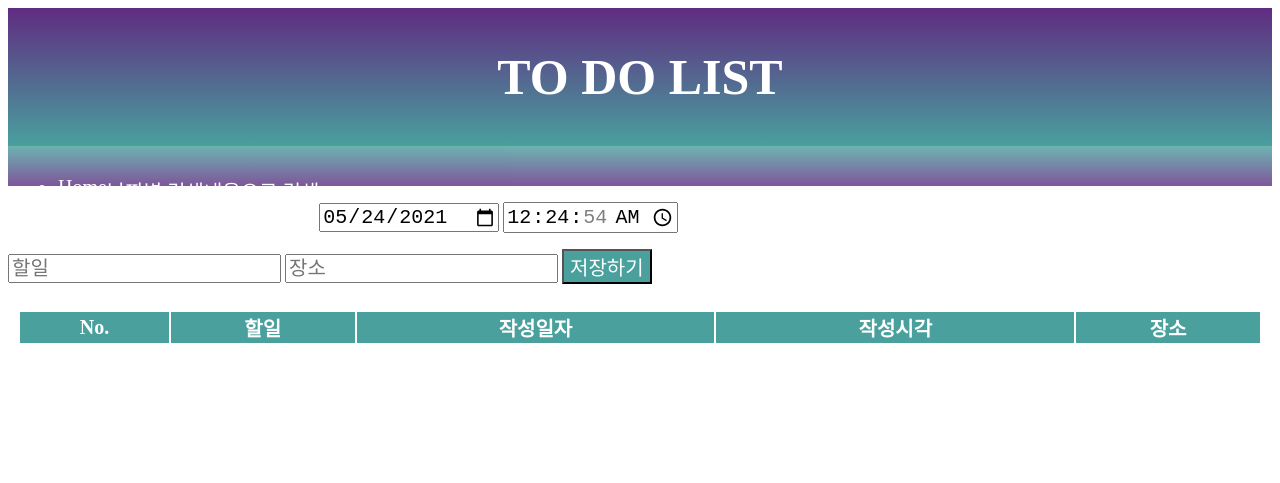
Repository: kimyoungjin98/Exam_Project
Page: http://localhost/Server_PR_TodoList/
The author's editor kept a copy of each file at every save. The page is drawn from the files as they stood at one save, then again after the next save.
The browser window is 1280 px wide. The pictures show the whole page.
Some web fonts or font styles are not loaded; a fallback is used. The page is served by Tomcat 9. Other server files are loaded and not shown. Queries for data that is not in the repository find no rows.

Above is the page before, as saved 2021-05-25 01:31:27.

### Server_PR_TodoList/src/main/webapp/WEB-INF/views/home.jsp
<%@ page language="java" contentType="text/html; charset=UTF-8"
    pageEncoding="UTF-8"%>
<%@ taglib uri="http://java.sun.com/jsp/jstl/core" prefix="c"%>
<c:set value="${pageContext.request.contextPath}" var="rootPath" />
<!DOCTYPE html>
<html>

<head>
<meta charset="UTF-8">
<title>어서오세요</title>
</head>
<script>
document.addEventListener("DOMContentLoaded",function(ev){

	document.querySelector("table")
	.addEventListener("click", function(ev){

		let tag = ev.target.tagName

		if(tag == "TD"){

			let seq = ev.target.closest("TR").dataset.seq

			document.location.href="${rootPath}/todo/view?td_seq=" + seq

		}

	})

})


</script>
<style>


@import url('https://fonts.googleapis.com/css2?family=Nanum+Gothic+Coding:wght@700&family=Roboto+Slab:wght@600&display=swap');
.jm-font {
		font-family: 'Nanum Gothic Coding', monospace;
		font-family: 'Roboto Slab', serif;
	}


table {
	width:100%;
	text-align: center;
	margin:3px auto;
	font-size:20px;
	padding:10px;
	font-weight: bolder;

}

table td{
	cursor:pointer;
	padding:5-%;


}

table td:hover{
	background-color: #49a09d;
	opacity: 0.5;
}

table div{
	border:1px solid #49a09d;
	outline:1px solid #49a09d;
}

table th{
	background-color:#49a09d;
	color:white;

}


</style>
<body>

	<%@ include file="/WEB-INF/views/banner.jsp" %>
	<p>
	<%@ include file="/WEB-INF/views/write.jsp" %>
	<p>
		<table>
		<div>
		<th>No.</th>
		<th>할일</th>
		<th>작성일자</th>
		<th>작성시각</th>
		<th>장소</th>
		</div>

		<c:forEach items="${TDLIST}" var="TD" varStatus="index">
			<tr data-seq="${TD.td_seq}">
				<td>${index.count}</td>
				<td>${TD.td_content}</td>
				<td>${TD.td_date}</td>
				<td>${TD.td_time}</td>
				<td>${TD.td_place}</td>
			</tr>

		</c:forEach>

	</table>

</body>
</html>

### Server_PR_TodoList/src/main/webapp/WEB-INF/views/banner.jsp
<%@ page language="java" contentType="text/html; charset=UTF-8"
    pageEncoding="UTF-8"%>
<%@ taglib uri="http://java.sun.com/jsp/jstl/core" prefix="c"%>
<c:set value="${pageContext.request.contextPath}" var="rootPath" />
<!DOCTYPE html>
<html>
<head>
<meta charset="UTF-8">
<title>Insert title here</title>
</head>
<script type="text/javascript">
document.addEventListener("DOMContentLoaded", function(){
	document.querySelector("nav").addEventListener("click",function(ev){

		let name = ev.target.id

		if(name == "home"){

			document
			.location
			.href="${rootPath}"


		}


	})

})

</script>
<style>
@import url('https://fonts.googleapis.com/css2?family=Nanum+Gothic+Coding:wght@700&family=Roboto+Slab:wght@600&display=swap');
.jm-font {
		font-family: 'Nanum Gothic Coding', monospace;
		font-family: 'Roboto Slab', serif;
	}

nav li:hover {

	cursor:pointer;

}

h1 {
	margin:auto;
	text-align: center;
	font-size:50px;
	background:linear-gradient(to bottom, #5f2c82, #49a09d);
	color:white;
	padding:40px;
}

nav {

	display:block;



	background:linear-gradient(to top, #5f2c82, #49a09d);
	opacity: 0.8;
	color:white;
	padding:10px;
	margin:auto;
	font-size:20px;

}

nav li{
	float:left;
}


</style>
<body>
	<h1>TO DO LIST</h1>

	<nav>
	<ul>
	<li>Home</li>
	<li>날짜별 검색</li>
	<li >내용으로 검색</li>

	</ul>


	</nav>
</body>
</html>

### Server_PR_TodoList/src/main/webapp/WEB-INF/views/write.jsp
<%@ page language="java" contentType="text/html; charset=UTF-8"
    pageEncoding="UTF-8"%>
<%@ taglib uri="http://java.sun.com/jsp/jstl/core" prefix="c"%>
<c:set value="${pageContext.request.contextPath}" var="rootPath" />
<!DOCTYPE html>
<html>
<head>
<meta charset="UTF-8">
<title>Insert title here</title>
</head>
<script type="text/javascript">
document.addEventListener("DOMContentLoaded", function(ev){
	document.querySelector("button")
	.addEventListener("click",function(ev){

		let name = ev.target.className

		let td_date = document.querySelector("input[name='td_date']")
		let td_time = document.querySelector("input[name='td_time']")
		let td_content = document.querySelector("input[name='td_content']")
		let td_place = document.querySelector("input[name='td_place']")

		if(td_content.value == ""){

			alert("할일을 입력하세요 !")

			return false;
			}

			document.querySelector("form").submit();

	})

})

</script>
<style>

@import url('https://fonts.googleapis.com/css2?family=Nanum+Gothic+Coding:wght@700&family=Roboto+Slab:wght@600&display=swap');
.jm-font {
		font-family: 'Nanum Gothic Coding', monospace;
		font-family: 'Roboto Slab', serif;
	}

	label{
		font-size:20px;
	}

	input{
		font-size:20px;
	}

	button{
		background-color: #49a09d;
		color:white;
		font-size:20px;
		cursor:pointer;
	}


</style>
<body>



	<form method="POST" class="1">

	<input name="td_date" placeholder="작성일자" type="date" value="${TD.td_date}">
	<input name="td_time" placeholder="작성시각" type="time" value="${TD.td_time}"><p>
	<input name="td_content" placeholder="할일" value="${TD.td_content}"></input>
	<input name="td_place" placeholder="장소" value="${TD.td_place}">

		<button type="button">저장하기</button>
	</form>

</body>
</html>

### Server_PR_TodoList/src/main/java/com/callor/todo/controller/HomeController.java
package com.callor.todo.controller;

import java.io.IOException;
import java.text.SimpleDateFormat;
import java.util.Date;
import java.util.List;

import javax.servlet.ServletException;
import javax.servlet.annotation.WebServlet;
import javax.servlet.http.HttpServlet;
import javax.servlet.http.HttpServletRequest;
import javax.servlet.http.HttpServletResponse;

import com.callor.todo.model.TodoVO;
import com.callor.todo.service.TodoService;
import com.callor.todo.service.impl.TodoServiceImplV1;

@WebServlet("/")
public class HomeController extends HttpServlet{

	protected TodoService tdService;

	public HomeController() {

		tdService = new TodoServiceImplV1();

	}

	@Override
	protected void doGet(HttpServletRequest req, HttpServletResponse resp) throws ServletException, IOException {


		List<TodoVO> tdList = tdService.selectAll();

		req.setAttribute("TDLIST", tdList);

		SimpleDateFormat sDate = new SimpleDateFormat("yyyy-MM-dd");
		SimpleDateFormat sTime = new SimpleDateFormat("HH:mm:ss");
		Date date = new Date(System.currentTimeMillis());

		TodoVO tdVO = new TodoVO();

		tdVO.setTd_date(sDate.format(date));
		tdVO.setTd_time(sTime.format(date));

		req.setAttribute("TD", tdVO);

		ReqController.forward(resp, req, "home");

	}

	@Override
	protected void doPost(HttpServletRequest req, HttpServletResponse resp) throws ServletException, IOException {


		req.setCharacterEncoding("UTF-8");

		String td_date = req.getParameter("td_date");
		String td_content = req.getParameter("td_content");
		String td_time = req.getParameter("td_time");
		String td_place = req.getParameter("td_place");

		TodoVO tdVO = new TodoVO();

		tdVO.setTd_content(td_content);
		tdVO.setTd_date(td_date);
		tdVO.setTd_place(td_place);
		tdVO.setTd_time(td_time);

		tdService.insert(tdVO);

		System.out.println(tdVO.toString());

		resp.sendRedirect("/todo/");

	}

}

### Server_PR_TodoList/src/main/java/com/callor/todo/service/impl/TodoServiceImplV1.java
package com.callor.todo.service.impl;

import java.sql.Connection;
import java.sql.PreparedStatement;
import java.sql.ResultSet;
import java.sql.SQLException;
import java.util.ArrayList;
import java.util.List;

import com.callor.todo.config.DBConnect;
import com.callor.todo.model.TodoVO;
import com.callor.todo.service.TodoService;
import com.mysql.cj.x.protobuf.MysqlxPrepare.Prepare;

public class TodoServiceImplV1 implements TodoService {

	protected Connection dbConn;

	public TodoServiceImplV1() {

		dbConn = DBConnect.getDB();

	}

	protected List<TodoVO> select(PreparedStatement pStr) throws SQLException {

		List<TodoVO> tdList = new ArrayList<TodoVO>();
		ResultSet rSet = pStr.executeQuery();

		while (rSet.next()) {

			TodoVO tdVO = new TodoVO();

			tdVO.setTd_content(rSet.getString("td_content"));
			tdVO.setTd_date(rSet.getString("td_date"));
			tdVO.setTd_place(rSet.getString("td_place"));
			tdVO.setTd_time(rSet.getString("td_time"));
			tdVO.setTd_seq(rSet.getLong("td_seq"));
			tdList.add(tdVO);

		}

		return tdList;
	}

	@Override
	public List<TodoVO> selectAll() {
		// TODO Auto-generated method stub

		String sql = " SELECT * FROM tbl_todo ";

		PreparedStatement pStr = null;

		try {

			pStr = dbConn.prepareStatement(sql);
			List<TodoVO> tdList = this.select(pStr);


			return tdList;

		} catch (SQLException e) {
			// TODO Auto-generated catch block
			e.printStackTrace();
		}

		return null;
	}

	@Override
	public TodoVO findById(Long td_seq) {
		// TODO Auto-generated method stub

		String sql = " SELECT * FROM tbl_todo ";
		sql += " WHERE td_seq = ? ";

		PreparedStatement pStr = null;

		try {
			pStr = dbConn.prepareStatement(sql);
			pStr.setLong(1, td_seq);

			List<TodoVO> tdList = this.select(pStr);

			if(tdList != null && tdList.size() > 0) {

				return tdList.get(0);
			}

		} catch (SQLException e) {
			// TODO Auto-generated catch block
			e.printStackTrace();
		}

		return null;
	}

	@Override
	public Integer insert(TodoVO tdVO) {
		// TODO Auto-generated method stub

		String sql = " INSERT INTO tbl_todo ";
		sql += " (td_content, td_date, td_time, td_place) ";
		sql += " VALUES(?,?,?,?) ";

		PreparedStatement pStr = null;

		try {
			pStr = dbConn.prepareStatement(sql);
			pStr.setString(1, tdVO.getTd_content());
			pStr.setString(2, tdVO.getTd_date());
			pStr.setString(3, tdVO.getTd_time());
			pStr.setString(4, tdVO.getTd_place());

			return pStr.executeUpdate();



		} catch (SQLException e) {
			// TODO Auto-generated catch block
			e.printStackTrace();
		}

		return null;
	}

	@Override
	public Integer update(TodoVO tdVO) {
		// TODO Auto-generated method stub

		String sql = " UPDATE tbl_todo SET ";
		sql += " td_content = ?, ";
		sql += " td_date = ?, ";
		sql += " td_time = ?, ";
		sql += " td_place = ? ";
		sql += " WHERE td_seq = ? ";

		PreparedStatement pStr = null;

		try {
			pStr = dbConn.prepareStatement(sql);
			pStr.setString(1, tdVO.getTd_content());
			pStr.setString(2, tdVO.getTd_date());
			pStr.setString(3, tdVO.getTd_time());
			pStr.setString(4, tdVO.getTd_place());
			pStr.setLong(5, tdVO.getTd_seq());


			return pStr.executeUpdate();


		} catch (SQLException e) {
			// TODO Auto-generated catch block
			e.printStackTrace();
		}

		return null;
	}

	@Override
	public Integer delete(Long td_seq) {
		// TODO Auto-generated method stub

		String sql = " DELETE FROM tbl_todo ";
		sql += " WHERE td_seq = ? ";

		PreparedStatement pStr = null;

		try {
			pStr = dbConn.prepareStatement(sql);
			pStr.setLong(1, td_seq);

			return pStr.executeUpdate();
		} catch (SQLException e) {
			// TODO Auto-generated catch block
			e.printStackTrace();
		}



		return null;
	}

}

### Server_PR_TodoList/src/main/java/com/callor/todo/config/DBConnect.java
package com.callor.todo.config;

import java.sql.Connection;
import java.sql.DriverManager;
import java.sql.SQLException;

public class DBConnect {

	private static Connection dbConn;

	static {

		String driver = "com.mysql.cj.jdbc.Driver";
		String url = "jdbc:mysql://localhost:3306/todo";
		String user = "todoList";
		String pw = "1234";

		try {
			Class.forName(driver);

			if (dbConn == null) {
				dbConn = DriverManager.getConnection(url, user, pw);
			}

			System.out.println("DB 접속 성공");

		} catch (ClassNotFoundException e) {
			// TODO Auto-generated catch block
			e.printStackTrace();
		} catch (SQLException e) {
			// TODO Auto-generated catch block
			e.printStackTrace();
		}

	}

	public static Connection getDB() {

		return dbConn;
	}

}

### Server_PR_TodoList/src/main/java/com/callor/todo/model/TodoVO.java
package com.callor.todo.model;

import lombok.AllArgsConstructor;
import lombok.Getter;
import lombok.NoArgsConstructor;
import lombok.Setter;
import lombok.ToString;

@Getter
@Setter
@ToString
@AllArgsConstructor
@NoArgsConstructor
public class TodoVO {

	private Long td_seq;
	private String td_place;
	private String td_date;
	private String td_time;
	private String td_content;

}

### Server_PR_TodoList/src/main/java/com/callor/todo/controller/ReqController.java
package com.callor.todo.controller;

import java.io.IOException;

import javax.servlet.ServletException;
import javax.servlet.http.HttpServlet;
import javax.servlet.http.HttpServletRequest;
import javax.servlet.http.HttpServletResponse;

public class ReqController extends HttpServlet{

	public static void forward(HttpServletResponse res, HttpServletRequest req, String file) throws ServletException, IOException {

		String root = "/WEB-INF/views/" + file + ".jsp";

		req.getRequestDispatcher(root).forward(req, res);

	}

}

After the next save:
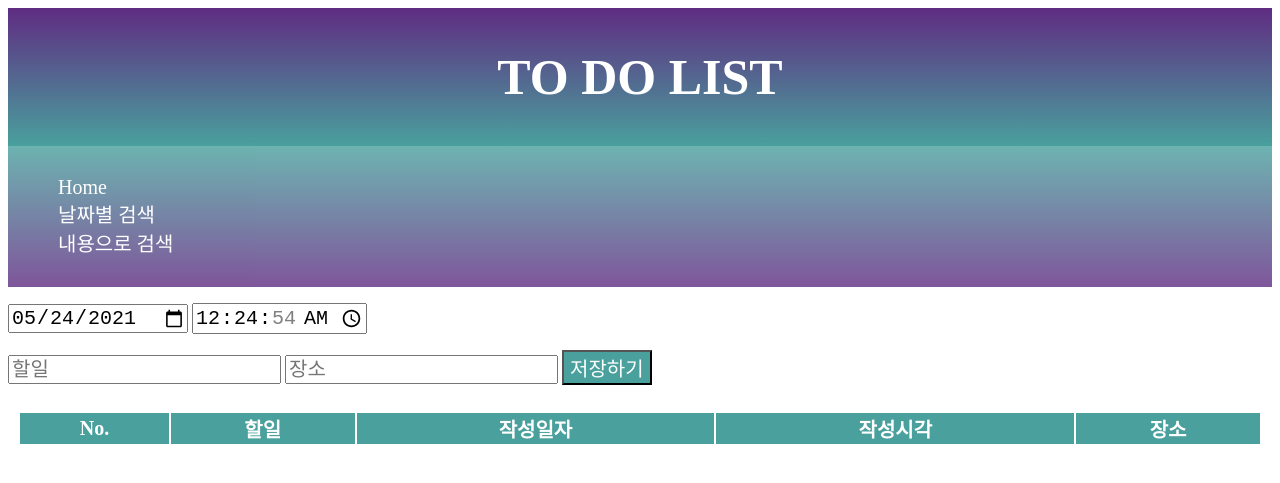
Saved 40 s later.
--- a/Server_PR_TodoList/src/main/webapp/WEB-INF/views/banner.jsp
+++ b/Server_PR_TodoList/src/main/webapp/WEB-INF/views/banner.jsp
@@ -67,7 +67,7 @@
 }
 
 nav li{
-	float:left;
+	list-style:none;
 }
 
 

After the 2 saves that followed:
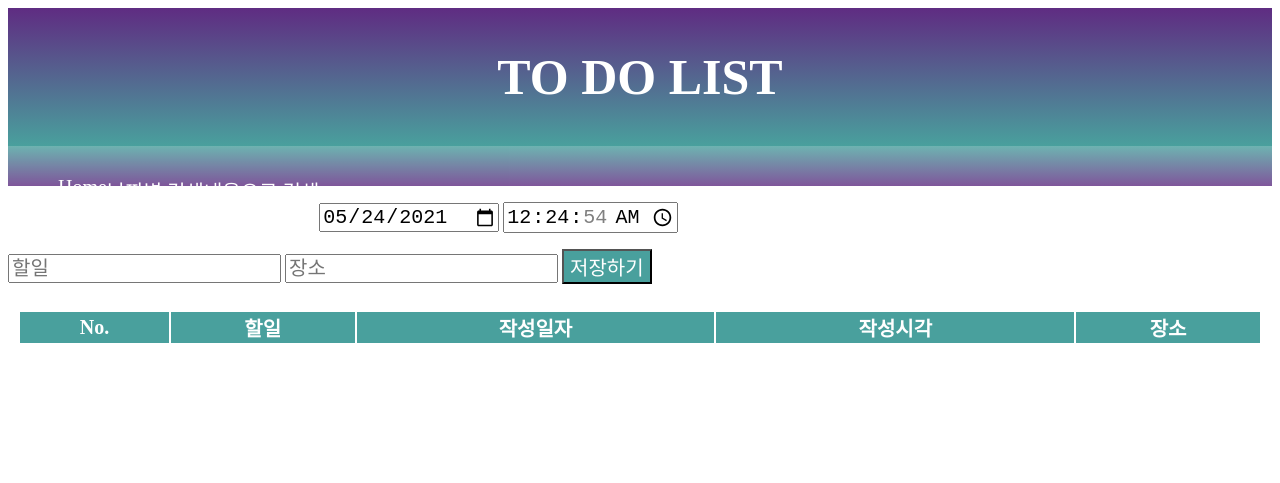
The 2 saves are shown as one change because 1 left the picture as it was.
The last was saved 40 s later.
--- a/Server_PR_TodoList/src/main/webapp/WEB-INF/views/banner.jsp
+++ b/Server_PR_TodoList/src/main/webapp/WEB-INF/views/banner.jsp
@@ -68,6 +68,7 @@
 
 nav li{
 	list-style:none;
+	float: left;
 }
 
 
